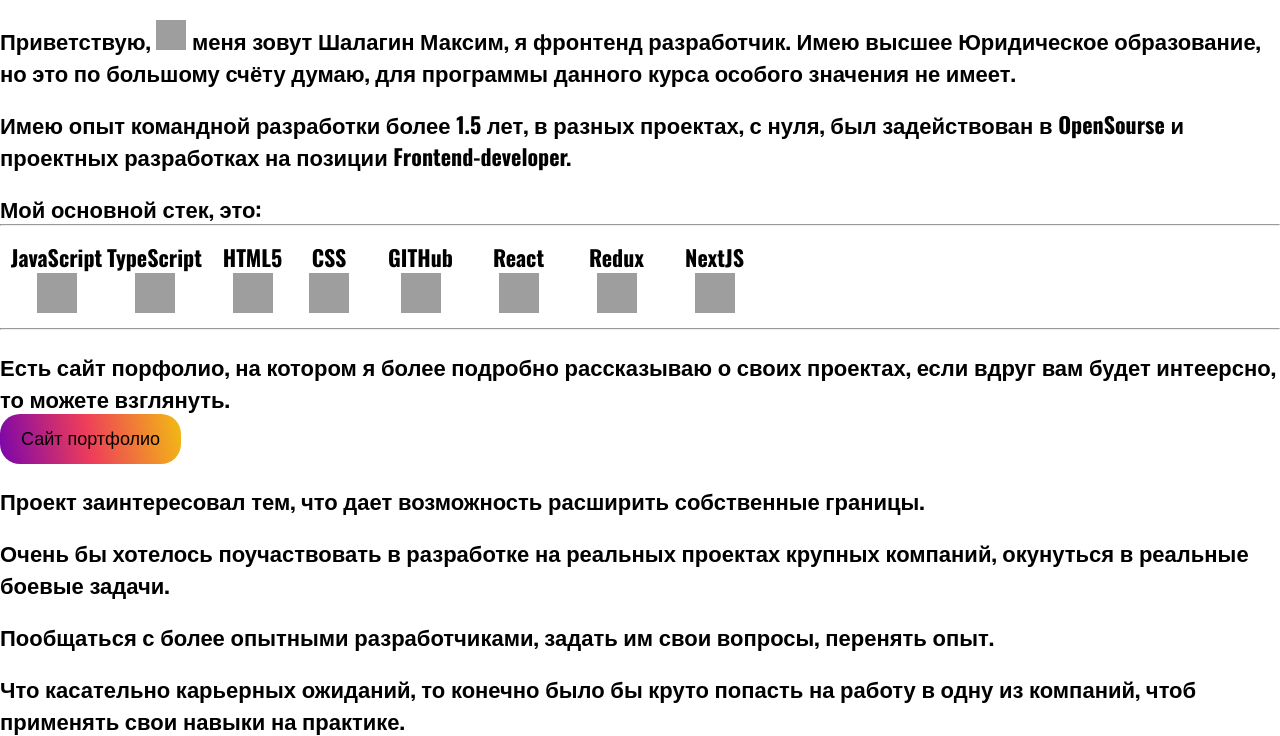
Repository: ni4egonepridumal/letter
Page: index.html
The author's editor kept a copy of each file at every save. The page is drawn from the files as they stood at one save, then again after the next save.
The browser window is 1280 px wide. The pictures show the whole page.
Pictures or frames that could not be fetched are drawn as grey boxes.

Above is the page before, as saved 2024-01-18 18:02:15.

After the next save:
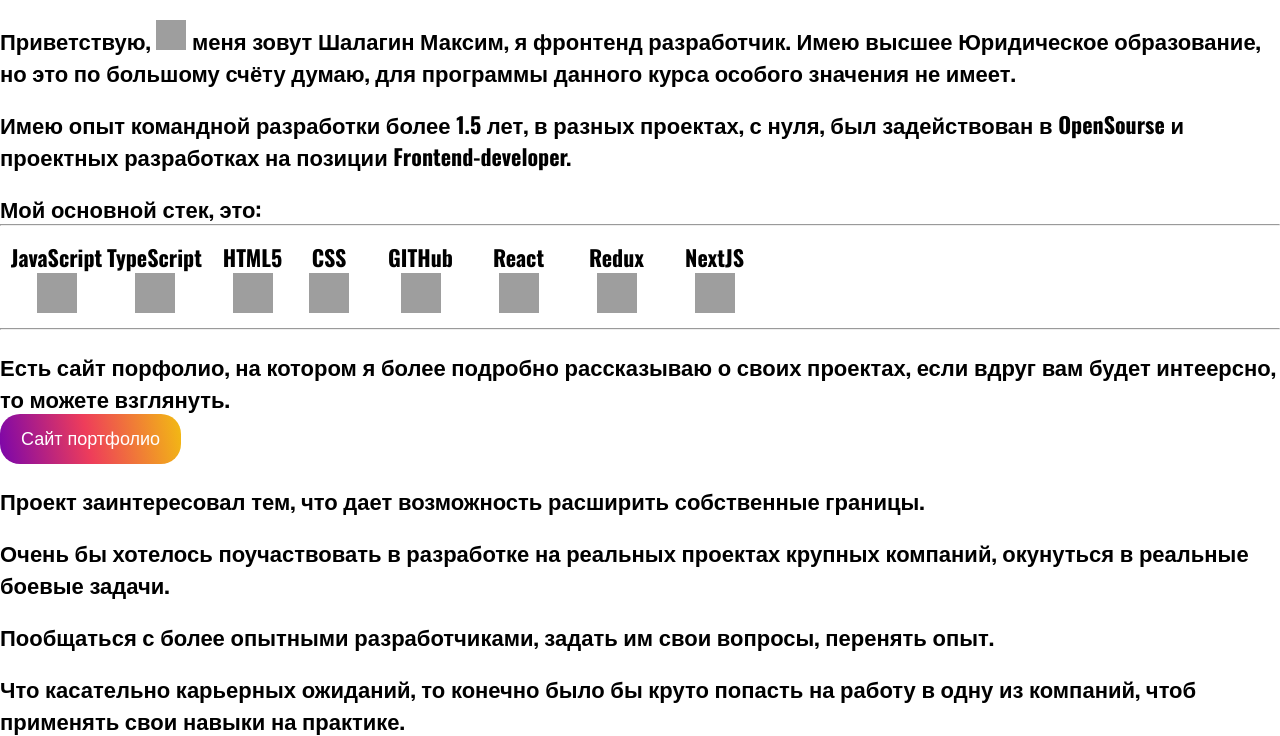
Saved 18 s later.
--- a/style.css
+++ b/style.css
@@ -48,6 +48,7 @@ p {
   );
   cursor: pointer;
   font-size: 18px;
+  color: white;
 }
 .inner_href:hover {
   background: linear-gradient(
@@ -60,5 +61,4 @@ p {
 .href {
   text-decoration: none;
   vertical-align: middle;
-  color: white;
 }
